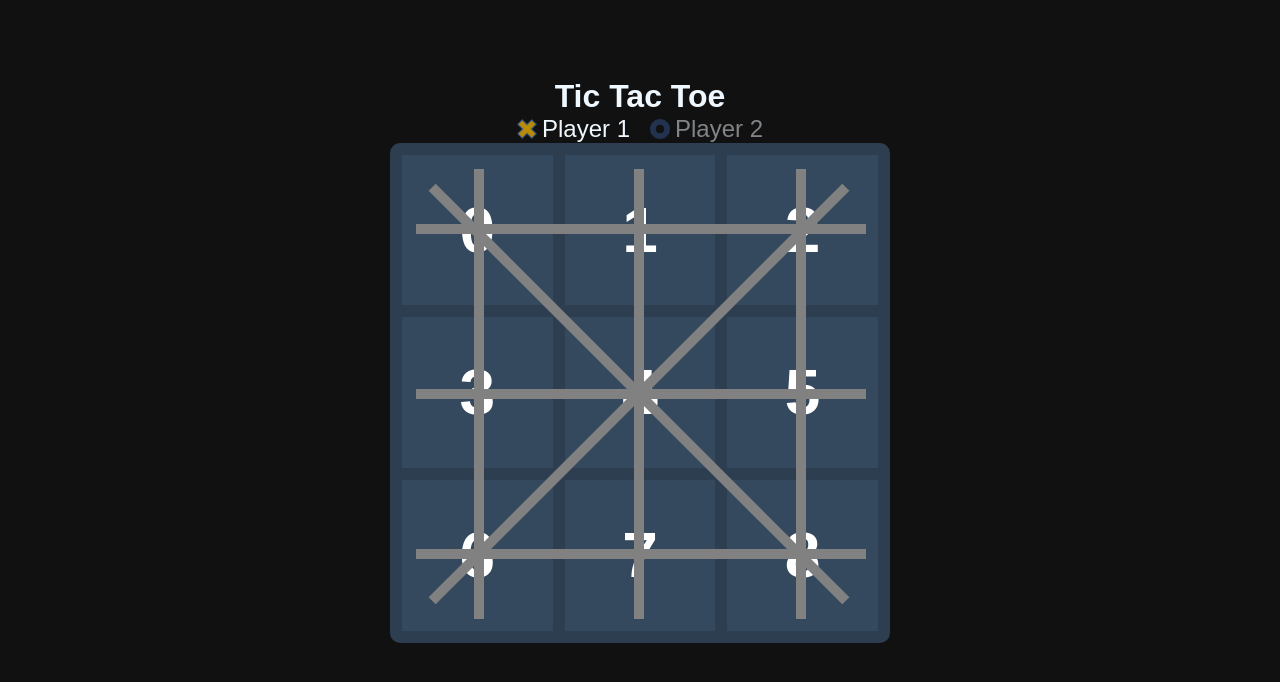
Repository: richardlieknis/tictactoe
Page: index.html
The author's editor kept a copy of each file at every save. The page is drawn from the files as they stood at one save, then again after the next save.
The browser window is 1280 px wide. The pictures show the whole page.

Above is the page before, as saved 2022-12-08 17:13:29.

After the next save:
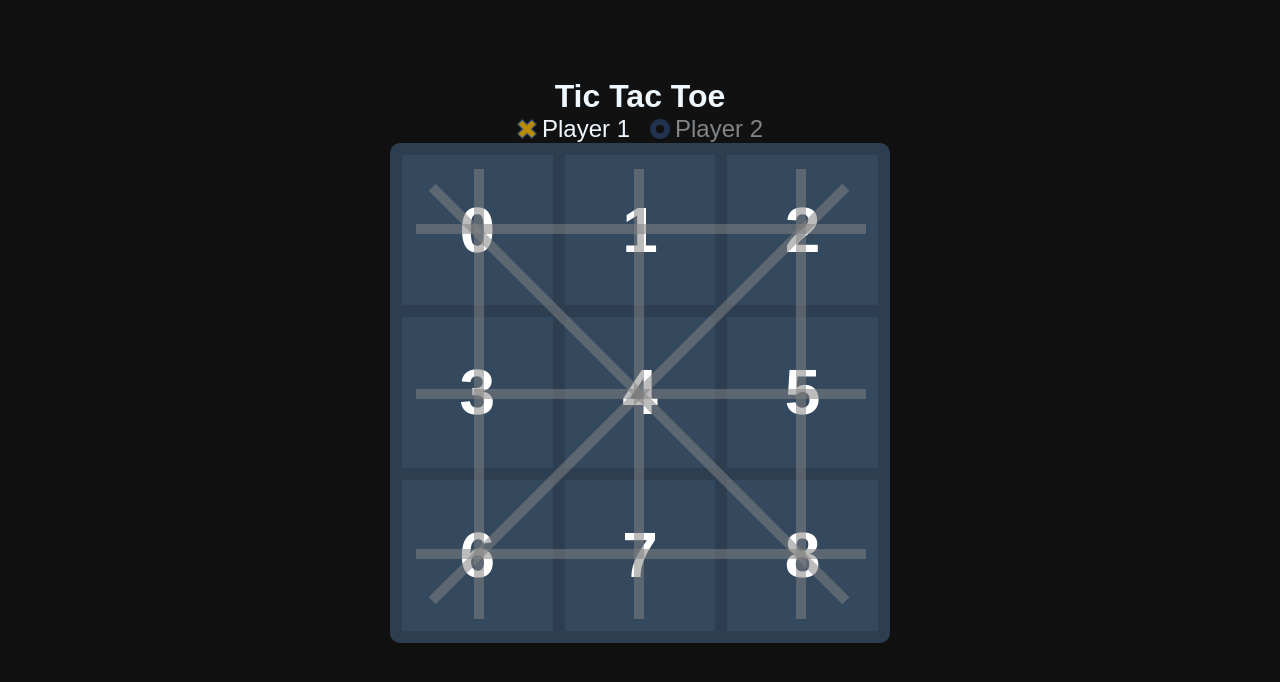
Saved 23 s later.
--- a/css/style.css
+++ b/css/style.css
@@ -74,7 +74,7 @@
     position: absolute;
     width: 450px;
     height: 10px;
-    background-color: rgb(129, 129, 129);
+    background-color: #81818188;
     transform: scaleX(1);
     transition: transform 1s ease-in-out;
 }
